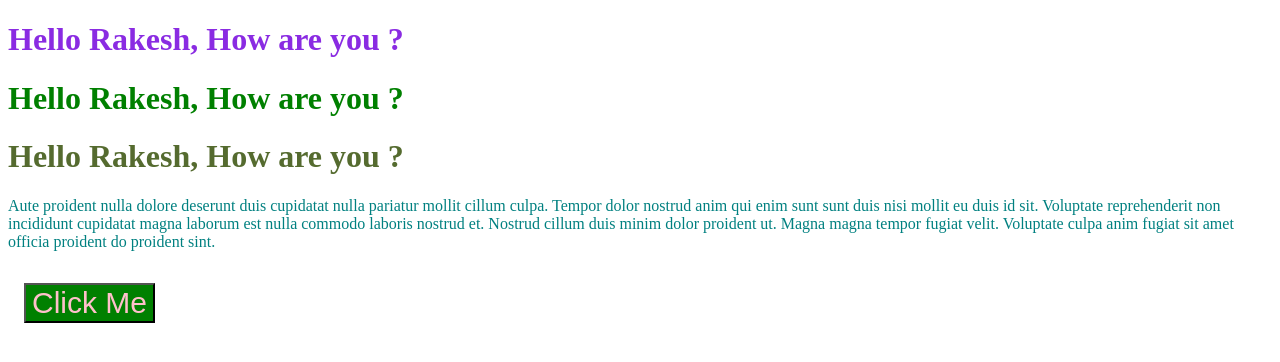
Repository: rakeshkolpepatil/CSS_Apana_College
Page: index.html
An editor plug-in stored every save of this project. The page is shown before and after the next save, followed by the edit.
The browser window is 1280 px wide. The pictures show the whole page.

Above is the page before, as saved 2023-06-21 18:48:31.

### index.html
<!DOCTYPE html>
<html lang="en">
<head>
  <meta charset="UTF-8">
  <meta name="viewport" content="width=device-width, initial-scale=1.0">
  <title>CSS Level 1</title>
  <link rel="stylesheet" href="style.css" >
  <style>
    /* h1{
      color:cornflowerblue
    } */
  </style>
</head>
<body>
  <h1 style="color:blueviolet"> Hello Rakesh, How are you ?</h1>
  <h1 style="color:green"> Hello Rakesh, How are you ?</h1>
  <h1> Hello Rakesh, How are you ?</h1>
  <p>
    Aute proident nulla dolore deserunt duis cupidatat nulla pariatur mollit cillum culpa. Tempor dolor nostrud anim qui enim sunt sunt duis nisi mollit eu duis id sit. Voluptate reprehenderit non incididunt cupidatat magna laborum est nulla commodo laboris nostrud et. Nostrud cillum duis minim dolor proident ut. Magna magna tempor fugiat velit. Voluptate culpa anim fugiat sit amet officia proident do proident sint.
  </p>
  <button> Click Me </button>
</body>
</html>

### style.css
h1{
  color:darkolivegreen
}
p{
  /* color:blueviolet */
  color:teal
}
button{
  color:pink;
  font-size: 30px;
  font-weight: 300px;
  font-weight: 400;
  background-color: green;
  /* padding: 1rem; */
  margin: 1rem;
}

After the next save:
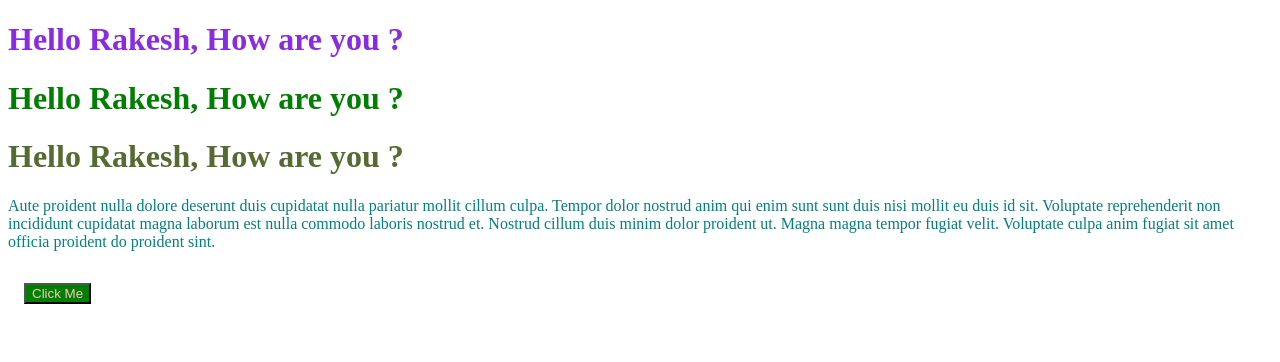
Saved 4 s later.
--- a/style.css
+++ b/style.css
@@ -7,7 +7,7 @@ p{
 }
 button{
   color:pink;
-  font-size: 30px;
+  /* font-size: 30px; */
   font-weight: 300px;
   font-weight: 400;
   background-color: green;

After the save that followed:
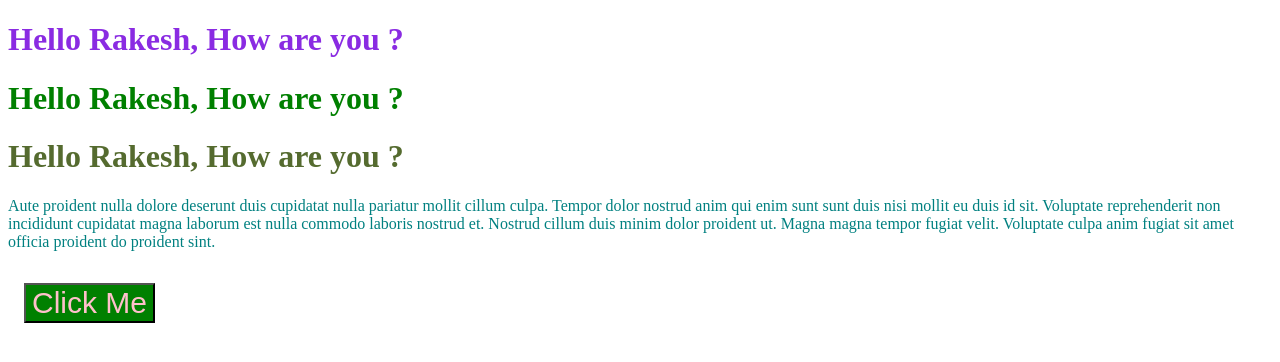
Saved 33 s later.
--- a/style.css
+++ b/style.css
@@ -7,8 +7,8 @@ p{
 }
 button{
   color:pink;
-  /* font-size: 30px; */
-  font-weight: 300px;
+  font-size: 30px;
+  font-weight: bold;
   font-weight: 400;
   background-color: green;
   /* padding: 1rem; */
